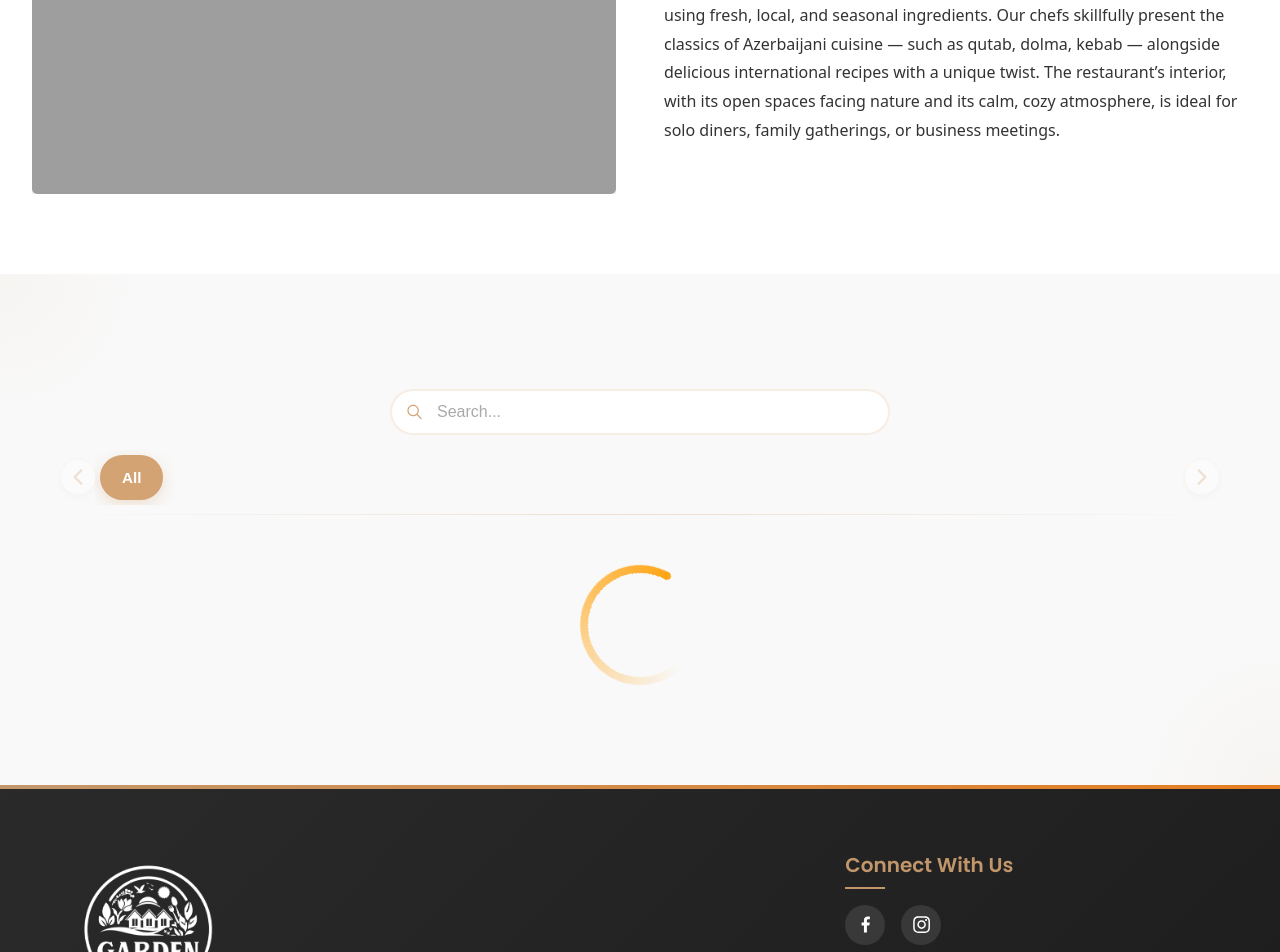
Repository: ferhadsultan98/menu-macara
Page: /
An editor plug-in stored every save of this project. The page is shown before and after the next save, followed by the edit.
The browser window is 1280 px wide. The pictures show the part of the page from y = 1169 to 2121 px (the page is 2643 px tall).
Pictures or frames that could not be fetched are drawn as grey boxes. The page's requests for data from a server got no answer. The project was rebuilt for these pictures with package versions that can differ from the ones it lists, and the page was loaded fresh each time. No one was signed in, and anything a server would have sent is missing. Also part of the build but not shown: vite.config.js.

Above is the page before, as saved 2025-04-21 12:16:25.

After the next save:
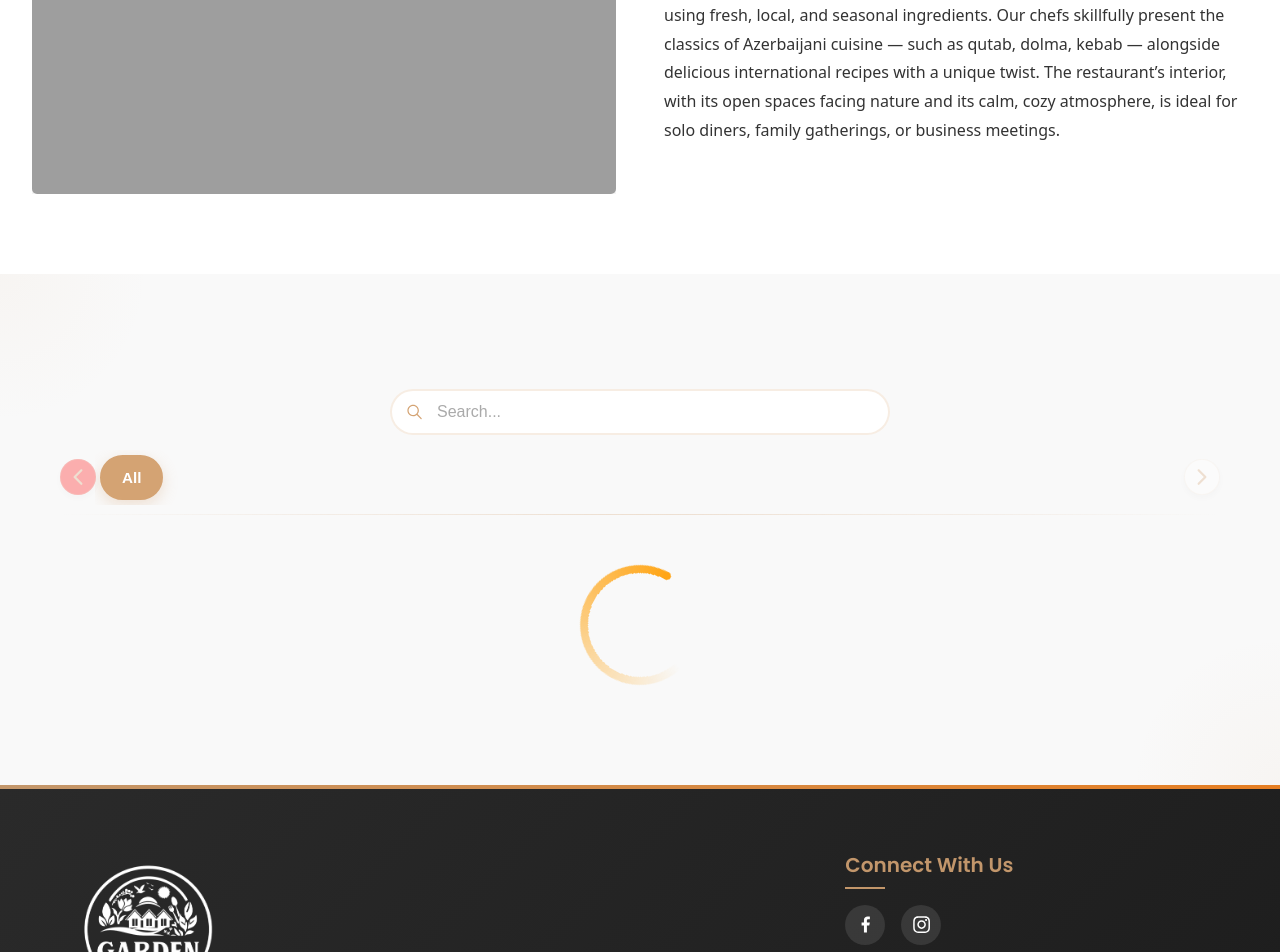
Saved 5 s later.
--- a/src/Pages/MenuSection/MenuSection.scss
+++ b/src/Pages/MenuSection/MenuSection.scss
@@ -397,7 +397,7 @@
 
       &.scrollButtonPrev {
         left: 0;
-        background-attachment: fixed;
+        background-color: red;
       }
 
       &.scrollButtonNext {
